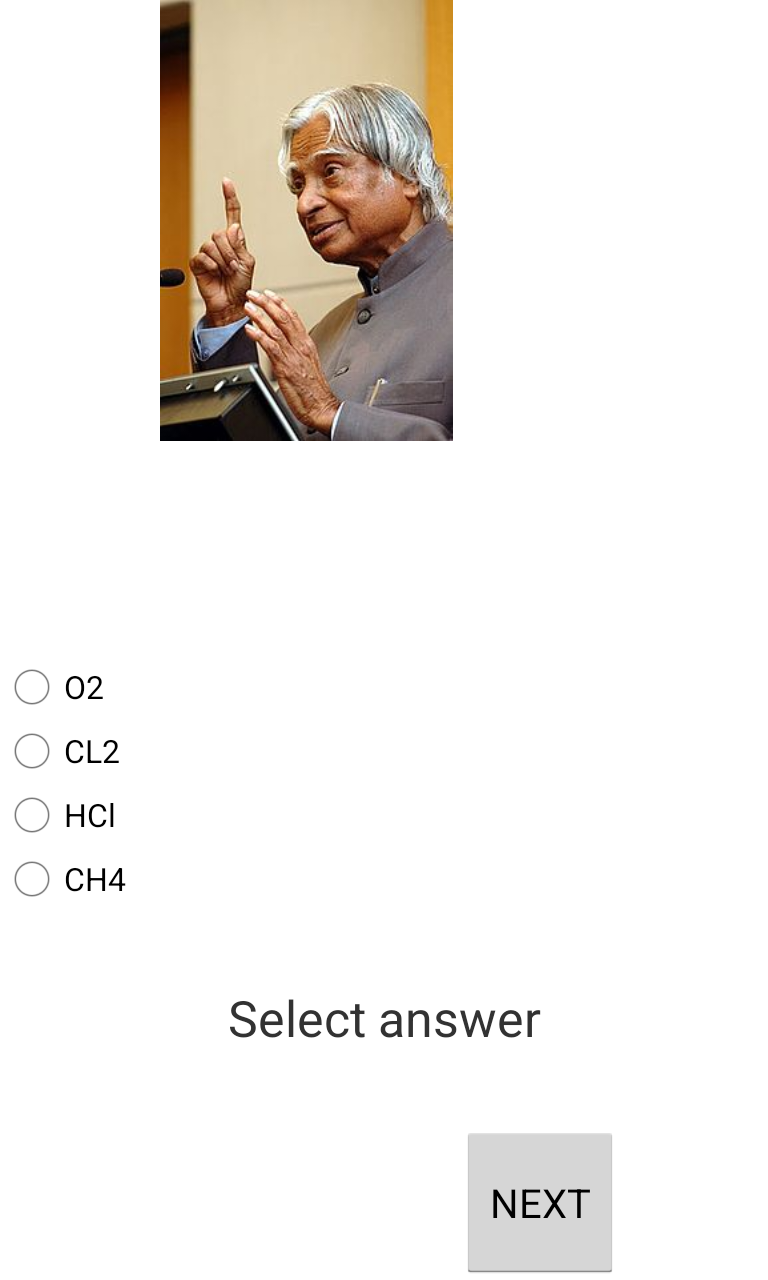
Repository: rupaligarje123/aakash
Layout: androidphotoquiz/FunChem1/photoquiz/res/layout/play.xml
An editor plug-in stored every save of this project. The layout is shown before and after the next save, followed by the edit.
It is drawn on a 768 x 1280 px phone screen (xhdpi) without system bars, with theme AppTheme; the app's code is not run.

Above is the layout before, as saved 2013-04-18 07:26:17.

After the next save:
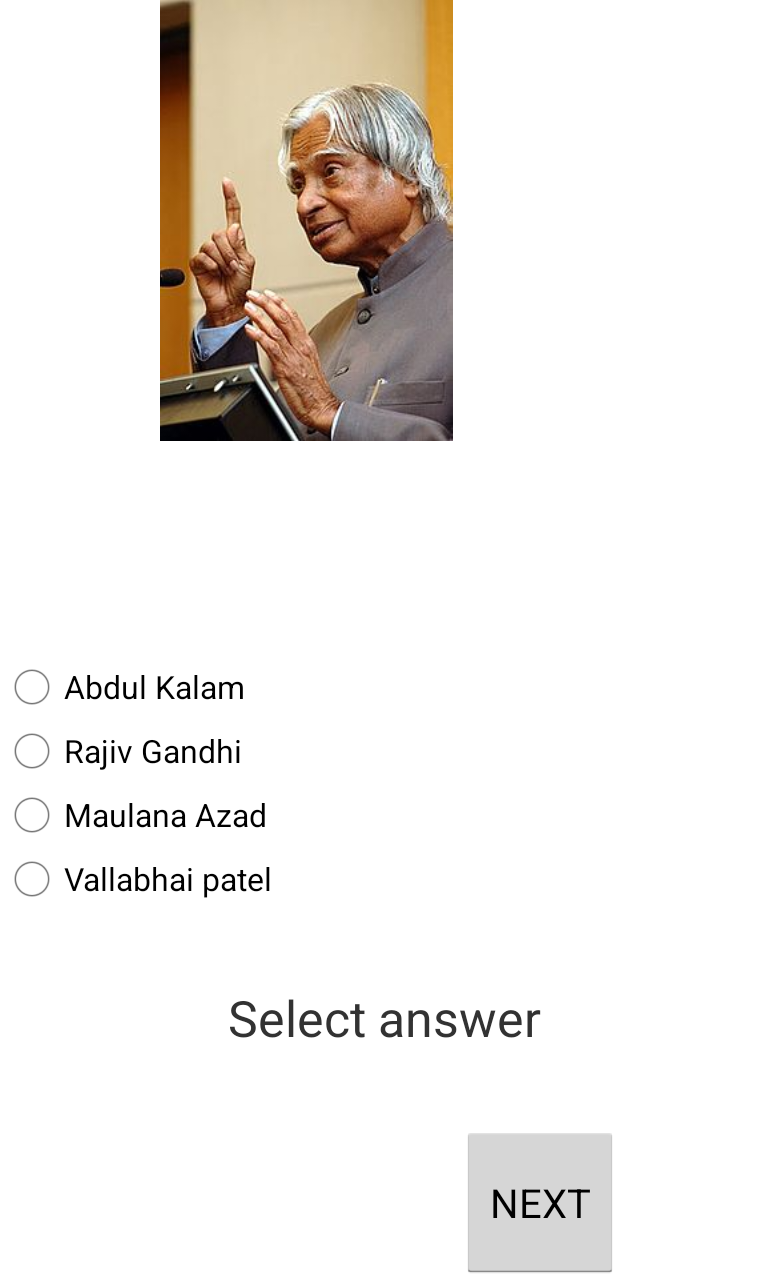
Saved 72 s later.
--- a/androidphotoquiz/FunChem1/photoquiz/res/layout/play.xml
+++ b/androidphotoquiz/FunChem1/photoquiz/res/layout/play.xml
@@ -30,28 +30,28 @@
         android:layout_width="match_parent"
         android:layout_height="0dp"
         android:layout_weight="1"
-        android:text="O2" />
+        android:text="Abdul Kalam" />
 
     <RadioButton
         android:id="@+id/radioButton2"
         android:layout_width="match_parent"
         android:layout_height="0dp"
         android:layout_weight="1"
-        android:text="CL2" />
+        android:text="Rajiv Gandhi" />
 
     <RadioButton
         android:id="@+id/radioButton3"
         android:layout_width="match_parent"
         android:layout_height="0dp"
         android:layout_weight="1"
-        android:text="HCl" />
+        android:text="Maulana Azad" />
 
     <RadioButton
         android:id="@+id/radioButton4"
         android:layout_width="match_parent"
         android:layout_height="0dp"
         android:layout_weight="1"
-        android:text="CH4" />
+        android:text="Vallabhai patel" />
     </RadioGroup>
    <TextView
         android:id="@+id/tvResult1"
